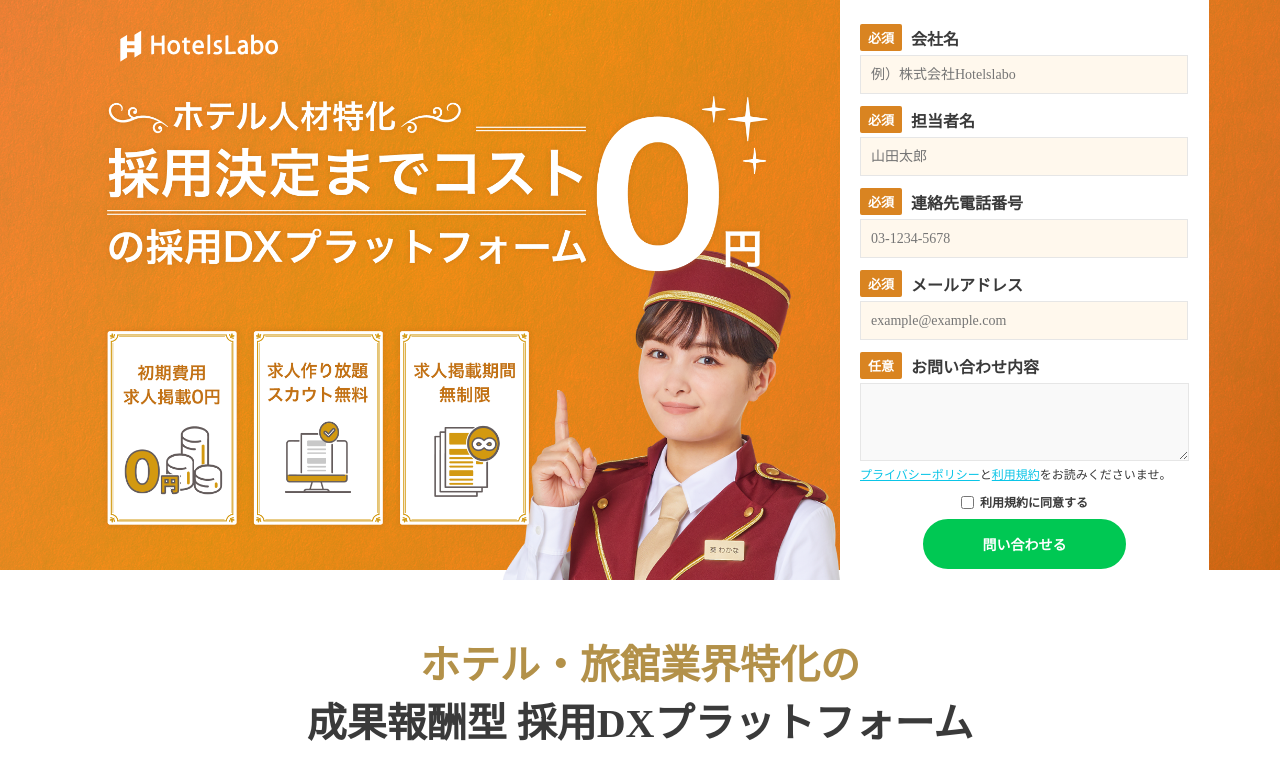
Repository: FujieRyou/to_b_lp
Page: index.html
These files come from the project's save history. The page is drawn as it stood at one moment and after the next save; the edit follows.
The browser window is 1280 px wide. The pictures show the part of the page from y = 0 to 784 px (the page is 8519 px tall before and 8532 px after).
Pictures or frames that could not be fetched are drawn as grey boxes. A picture or video elsewhere on the page could not be fetched, so the positions and the page height are approximate.

Above is the page before, as saved 2024-03-09 02:12:49.
Not found: index.js

### index.html
<!DOCTYPE html>
<html lang="ja">
    <head>
        <meta charset="utf-8">
        <meta http-equiv="X-UA-Compatible" content="ie=edge">
        <meta name="viewport" content="width=device-width,initial-scale=1.0,minimum-scale=1.0">
        <meta name="format-detection" content="telephone=no">
        <meta name="keywords" content="">
        <meta name="description" content="ここに説明文を設定">
        <meta name="twitter:card" content="summary">
        <meta name="twitter:site" content="@twitteraccount">
        <meta property="og:site_name" content="サイト名">
        <meta property="og:title" content="サイトタイトル">
        <meta property="og:description" content="サイト説明文">
        <meta property="og:url" content="https://www.hogehoge.com">
        <meta property="og:image" content="https://www.hogehoge.com./hoge.jpg">
        <meta property="og:image:type" content="image/jpeg">
        <meta property="og:image:width" content="600">
        <meta property="og:image:height" content="400">
        <meta property="og:type" content="website">
        <title>ホテルズラボ｜ホテルの求人・旅館の転職情報</title>
        <link rel="stylesheet" href="ress.css">
        <link rel="stylesheet" href="style.css">
    </head>
    <body>
        <main>
            <section>
                <div class="firstViewWrap">
                    <div class="firstViewEffect">
                        <div class="contentWrap">
                            <div>
                                <header>
                                    <h1>
                                        <img src="img/ロゴ.svg" alt="ホテルズラボのロゴ" class="logo">
                                    </h1>
                                </header>
                                <img src="img/firstViewの葵さんとその他売り文句.png" alt="firstViewの葵さんとその他売り文句" class="firstViewMainImg">
                            </div>
                            <!-- form -->
                            <div>
                                <form action="" class="formWrap">
                                    <div class="formFlexStyle">
                                        <label for="companyName"><span>必須</span>会社名</label>
                                        <input type="text" placeholder="例）株式会社Hotelslabo">
                                    </div>
                                    <div class="formFlexStyle">
                                        <label for="companyName"><span>必須</span>担当者名</label>
                                        <input type="text" placeholder="山田太郎">
                                    </div>
                                    <div class="formFlexStyle">
                                        <label for="companyName"><span>必須</span>連絡先電話番号</label>
                                        <input type="text" placeholder="03-1234-5678">
                                    </div>
                                    <div class="formFlexStyle">
                                        <label for="companyName"><span>必須</span>メールアドレス</label>
                                        <input type="text" placeholder="example@example.com">
                                    </div>
                                    <div class="formFlexStyle">
                                        <label for="companyName"><span>任意</span>お問い合わせ内容</label>
                                        <textarea name="" id="" cols="30" rows="10"></textarea>
                                    </div>
                                    <p><a href="#">プライバシーポリシー</a>と<a href="#">利用規約</a>をお読みくださいませ。</p>
                                    <div class="consent">
                                        <input type="checkbox">
                                        <label for="">利用規約に同意する</label>
                                    </div>
                                    <button type="submit">問い合わせる</button>
                                </form>
                            </div>
                        </div>
                    </div>
                </div>
            </section>
            <!-- 動く会社のロゴ -->
            <section>
                <div>
                    <ul>
                        <li></li>
                    </ul>
                </div>
            </section>
            <section>
                <div class="specializedIntroductionWrap">
                    <h2><span>ホテル・旅館業界特化の</span><br>成果報酬型 採用DXプラットフォーム</h2>
                    <div class="featuresWrap">
                        <div class="featuresFlexWrap">
                            <img src="img/求人掲載.png" alt="求人掲載画像">
                            <img src="img/ダイレクトリクルーティング.png" alt="ダイレクトリクルーティング画像">
                            <img src="img/エージェントサポート.png" alt="エージェントサポート画像">
                        </div>
                    </div>
                </div>
            </section>
            <section>
                <div class="hotelsLabo4ReasonsWrap">
                    <h2><img src="img/ホテルズラボが選ばれる4つの理由.png" alt="ホテルズラボが選ばれる4つの理由"></h2>
                    <article>
                        <div class="reasonWrap">
                            <figure>
                                <img src="img/performanceReward.jpg" alt="成果報酬型グラフ">
                            </figure>
                            <div class="performanceRewardExplanationWrap">
                                <img src="img/reason1.png" alt="理由01/04">
                                <h3>成果報酬型で<br>かけ捨てリスクゼロな<br>採用</h3>
                                <p>採用までは0円なので、面接でじっくり自社に合う人材か見定められます。求人広告には手を出しにくかった企業様も気軽に採用活動を始められます。</p>
                            </div>
                        </div>
                    </article>
                    <article>
                        <div class="reasonWrap">
                            <figure>
                                <img src="img/JobCreation.png" alt="">
                            </figure>
                            <div class="performanceRewardExplanationWrap">
                                <img src="img/reason2.png" alt="理由02/04">
                                <h3>ホテル求人作り放題・<br>掲載期限も無制限</h3>
                                <p>好きなだけ求人を作成して、欲しいホテル人材へアピールできます。さらに、求人を作成する過程で会社・ブランド特設ページが出来上がり、会社・ブランド単位でのアピールも可能です。</p>
                            </div>
                        </div>
                    </article>
                    <article>
                        <div class="reasonWrap">
                            <figure>
                                <img src="img/scout.png" alt="">
                            </figure>
                            <div class="performanceRewardExplanationWrap">
                                <img src="img/reason3.png" alt="理由03/04">
                                <h3>スカウト無料！<br>ホテル人材に<br>アプローチができる</h3>
                                <p>採用したい人材の職種、働いていたホテル・施設を指定し無料でスカウトが送れます。採用したいホテル人材へダイレクトにアプローチすることができます。</p>
                                <img src="img/approachSmall.png" alt="スカウトアプローチの小さい方" class="approachSmall">
                            </div>
                        </div>
                    </article>
                    <article>
                        <div class="reasonWrap reason04">
                            <figure>
                                <img src="img/agentFemale.jpg" alt="">
                            </figure>
                            <div class="performanceRewardExplanationWrap">
                                <img src="img/reason4.png" alt="理由04/04">
                                <h3>エージェントサポートでマッチしたホテル人材をご紹介</h3>
                                <p>企業様が求人を作成し、採用活動をするのとは別に、弊社キャリアアドバイザーが募集要件にマッチした人材をご推薦することも可能です。エージェントサポートでは、面接の日程調整や条件交渉、入社までのサポートを行います。</p>
                            </div>
                        </div>
                    </article>
                    <button type="button"><a href="#">話を聞いてみる</a></button>
                </div>
            </section>
            <section>
                <div class="managementScreenWrap">
                    <h2><img src="img/managementScreenText.png" alt="とにかく使いやすい管理画面"></h2>
                    <p>直感的に操作できる仕様で、採用媒体や求人作成に慣れていない方でも<br>手間取ることなくご利用いただけます。</p>
                    <div class="managementScreenDetailWrap">
                        <div class="managementImgWrap">
                            <img src="img/management1.png" alt="管理画面画像">
                            <img src="img/management2.png" alt="求人作成画面画像">
                            <img src="img/management3.png" alt="スカウト一覧画像">
                            <img src="img/management4.png" alt="スカウト送信画面画像">
                        </div>
                        <img src="img/verticalBorder.png" alt="使いやすい管理画面の縦線">
                        <div class="managementTextWrap">
                            <div class="managementTextTopic">
                                <h3>管理画面</h3>
                                <h4>応募状況がひと目でわかる</h4>
                                <p>選考ステータスがひと目でわかるため応募者の管理を迷わず行えます。直近3社まで職歴が確認できるため、管理画面上で簡単な書類選考も可能です。</p>
                            </div>
                            <div class="managementTextTopic">
                                <h3>求人作成画面</h3>
                                <h4>サクサク求人作成できる</h4>
                                <p>ストレスなく求人を作れるように、1ステップごと何を入力すれば良いかわかりやすく表示。さらに、記入した内容が求職者にどのように表示されるかわかるよう、右側にリアルタイムプレビュー機能を導入しています。</p>
                            </div>
                            <div class="managementTextTopic">
                                <h3>スカウト一覧</h3>
                                <h4>欲しい人材がサクッと見つかる</h4>
                                <p>ユーザーの経験職種・ホテル/施設や年齢、エリアなどがひと目でわかるため、欲しい人材を簡単に見つけることができます。</p>
                                <img src="img/scoutTextImg.png" alt="スカウト一覧の挿入画像">
                            </div>
                            <div class="managementTextTopic">
                                <h3>スカウト送信画面</h3>
                                <h4>手間なくパッと送信できる</h4>
                                <p>タイトル・スカウトする理由を入力するだけで、スカウトが簡単に送れます。求人を添付し、受け取り側の期待度を上げることも。</p>
                            </div>
                        </div>
                    </div>
                    <button type="button"><a href="#">お問い合わせはこちら</a></button>
                </div>
            </section>
            <section>
                <div class="introductionFlowWrap">
                    <h2>導入の流れ</h2>
                    <img src="img/stepLine.png" alt="導入の流れstep">
                    <div class="introductionFlowFlexWrap">
                        <div class="introductionStepWrap">
                            <img src="img/introductionStep1.png" alt="">
                            <h3>お問い合せ</h3>
                            <p>貴社の現状に合わせたプランをご案内いたします。まずはお気軽にお問い合わせください。</p>
                        </div>
                        <div class="introductionStepWrap">
                            <img src="img/introductionStep2.png" alt="">
                            <h3>求人作成</h3>
                            <p>管理画面より求人の作成を行なって頂きます。作成経験がない方でもスムーズに作成いただけます。</p>
                        </div>
                        <div class="introductionStepWrap">
                            <img src="img/introductionStep3.png" alt="">
                            <h3>運用開始/サポート</h3>
                            <p>プロ目線で求人内容のアドバイス等、採用のサポートを致します。自社運用型が初めての企業様も、安心して採用活動を進めて頂けます。</p>
                        </div>
                    </div>
                </div>
            </section>
            <section>
                <div class="questionWrap">
                    <h2>よくある質問</h2>
                    <div class="questionDetailWrap">
                        <div class="question">
                            <div>
                                <img src="img/Q.svg" alt="クエスチョンマーク">
                                <p>採用時の料金はどのくらいですか？</p>
                            </div>
                            <div>
                                <img src="img/A.svg" alt="アンサーマーク">
                                <p>企業様に合わせて最適なプランをご用意しております。まずはお問い合わせください。</p>
                            </div>
                        </div>
                        <div class="question">
                            <div>
                                <img src="img/Q.svg" alt="クエスチョンマーク">
                                <p>スカウトは何通まで送れますか？</p>
                            </div>
                            <div>
                                <img src="img/A.svg" alt="アンサーマーク">
                                <p>スカウトも、企業様に合わせたプランをご用意しております！お問い合わせください。</p>
                            </div>
                        </div>
                        <div class="question">
                            <div>
                                <img src="img/Q.svg" alt="クエスチョンマーク">
                                <p>急ぎで採用したいです。</p>
                            </div>
                            <div>
                                <img src="img/A.svg" alt="アンサーマーク">
                                <p>自社運用媒体のため、アカウント発行後すぐに求人掲載が可能です。<br>また、エージェントサポートを併用することで、スムーズな採用も見込めます。</p>
                            </div>
                        </div>
                    </div>
                </div>
            </section>
            <section>
                <div class="contactBtnWrap">
                    <h2>まずは気軽にお問い合わせください</h2>
                    <button type="button"><a href="#">お問い合わせはこちら</a></button>
                </div>
            </section>
        </main>
        <footer>
            <div class="footerWrap">
                <h2>お電話でのお問い合わせはこちら</h2>
                <div class="phoneBtn">
                    <a href="#">
                        <div class="phoneFlexWrap">
                            <img src="img/phoneIcon.svg" alt="電話アイコン">
                            <p>0120-313-704</p>
                        </div>
                        <p>受付時間 9:30〜19:00 (月〜土)</p>
                    </a>
                </div>
                <p>資料請求以外のお問い合わせは、renraku@coulega.co.jp</p>
                <div class="companyWrap">
                    <p>厚生労働大臣許可番号有料職業紹介事業許可番号13-ユ-308506</p>
                    <p>COPYRIGHT &copy; 2024 hotels labo agent by cuolega ALL RIGHTS RESERVED.</p>
                    <div class="companyInfo">
                        <p><a href="#">運営会社</a></p>
                        <p><a href="#">プライバシーポリシー</a></p>
                        <p><a href="#">利用規約</a></p>
                    </div>
                </div>
            </div>
        </footer>
        <script src="index.js"></script>
    </body>
</html>

### style.css
body{
    overflow-x: hidden;
    font-family: Hiragino Sans;
    color: rgba(58, 58, 58, 1);
}
h2{
    font-weight: 600;
}

.firstViewWrap{
    width: 100vw;
    height: 580px;
    background-image: url("./img/bgcMain.png");
}

.firstViewEffect{
    width: 100%;
    height: 100%;
    background-image: url("./img/bgcBler.png");
    overflow: hidden;
}

.contentWrap{
    max-width: 1080px;
    height: auto;
    margin: 0 auto;
    display: flex;
}

header{
    padding: 30px 0px 0px 20px;
}

.firstViewMainImg{
    width: 740px;
    margin-top: 20px;
}

/* formstyle */

form{
    width: 369px;
    padding: 24px 20px;
    background-color: rgba(255, 255, 255, 1);
}

.formFlexStyle{
    display: flex;
    flex-direction: column;
}

.formDetail{
    margin: 0 auto;
}

.formFlexStyle > label{
    font-size: 16px;
    font-weight: bold;
    margin-bottom: 4px;
    display: flex;
    align-items: center;
}

.formFlexStyle > label > span{
    background-color: rgba(217, 132, 33, 1);
    color: #fff;
    font-size: 13px;
    border-radius: 2px;
    margin-right: 9px;
    padding: 4px 8px;
}

.formFlexStyle > input{
    width: 328px;
    height: 39px;
    border: solid 1.03px rgba(230, 230, 230, 1);
    background-color: rgba(255, 248, 237, 1);
    margin-bottom: 12px;
    padding-left: 10px;
    font-size: 14px;
}

.formFlexStyle > textarea{
    width: 328.65px;
    height: 78.05px;
    border: solid 1.03px rgba(230, 230, 230, 1);
    background-color: rgba(249, 249, 249, 1);
}

.formWrap > p{
    font-size: 12px;
    margin-top: 4px;
    margin-bottom: 10px;
}

.formWrap > p > a{
    color: #0BC5E7;
}

.consent{
    display: flex;
    align-items: center;
    justify-content: center;
    margin-top: 1px;
}

.consent > label{
    font-size: 12px;
    font-weight: bold;
    margin-left: 6px;
}

.formWrap > button{
    display: block;
    width: 203.35px;
    height: 50px;
    background-color: rgba(0, 200, 83, 1);
    border: solid 2px rgba(0, 200, 83, 1);
    color: #fff;
    border-radius: 30px;
    margin: 0 auto;
    font-size: 14px;
    margin-top: 8px;
    font-weight: bold;
}

.specializedIntroductionWrap{
    margin-top: 35px;
}

.specializedIntroductionWrap > h2{
    text-align: center;
    font-size: 40px;
}

.specializedIntroductionWrap > h2 > span{
    color: rgba(179, 145, 73, 1);
}

.featuresWrap{
    width: 100%;
    height: 240px;
    background-color: rgba(245, 240, 232, 1);
}

.featuresFlexWrap{
    display: flex;
    align-items: center;
    justify-content: center;
    gap: 50px;
    width: 100%;
    margin-top: 80px;
}

.featuresFlexWrap > img{
    width: 270px;
    height: 340px;
    margin-top: -45px;
}

.hotelsLabo4ReasonsWrap{
    background-color: rgba(248, 248, 248, 1);
    padding-top: 120px;
    padding-bottom: 90px;
}

.hotelsLabo4ReasonsWrap > button{
    display: block;
    width: 460px;
    height: 62px;
    background-color: rgba(0, 200, 83, 1);
    border-radius: 30px;
    margin: 0 auto;
    font-size: 20px;
    font-weight: bold;
}

.hotelsLabo4ReasonsWrap > button > a{
    display: flex;
    align-items: center;
    justify-content: center;
    width: 100%;
    height: 100%;
    color: rgba(255, 255, 255, 1);
    text-decoration: none;
}

.hotelsLabo4ReasonsWrap h2{
    width: 437px;
    margin: 0 auto;
    margin-bottom: 65px;
}

.hotelsLabo4ReasonsWrap > h2 > img{
    width: 100%;
}

.reasonWrap{
    width: 100%;
    display: flex;
    margin-bottom: 80px;
}

.reason04{
    margin-bottom: 30px;
}

.reasonWrap figure{
    width: 55%;
}

.reasonWrap figure img{
    width: 100%;
}

.performanceRewardExplanationWrap{
    width: 40%;
    margin: 0 0 0 auto;
    padding: 28px 20px 0 0px;
}

.performanceRewardExplanationWrap img{
    width: 100%;
}

.performanceRewardExplanationWrap h3{
    max-width: 400px;
    margin: 14px 0px 18px 0px;
    font-size: 38px;
    font-weight: bold;
    line-height: 130%;
    color: rgba(58, 58, 58, 1);
}

.performanceRewardExplanationWrap p{
    max-width: 400px;
    line-height: 180%;
}

.approachSmall{
    margin-top: 66px;
}

.managementScreenWrap{
    background-color: rgba(247, 243, 235, 1);
    padding: 90px 0px 90px 0px;
}

.managementScreenWrap h2{
    width: 574px;
    margin: 0 auto;
}

.managementScreenWrap h2 img{
    width: 100%;
}

.managementScreenWrap > p{
    font-size: 18px;
    line-height: 180%;
    text-align: center;
    margin-top: 16px;
}

.managementScreenDetailWrap{
    display: flex;
    justify-content: center;
    width: 1020px;
    margin: 0 auto;
    padding-top: 40px;
}

.managementScreenDetailWrap > img{
    height: 1465px;
    margin: 30px 24px 0px 48px;
}

.managementImgWrap{
    width: 550px;
}

.managementImgWrap > img{
    width: 100%;
    margin-bottom: 20px;
}

.managementTextWrap{
    margin-top: 10px;
}

.managementTextTopic{
    width: 364px;
    margin-bottom: 165px;
}

.managementTextTopic > h3{
    font-size: 40px;
    color: rgba(58, 58, 58, 1);
}

.managementTextTopic > h4{
    font-size: 26px;
    color: rgba(159, 128, 63, 1);
    margin-top: 10px;
}

.managementTextTopic > p{
    margin-top: 4px;
    line-height: 28.8px;
}

.managementTextTopic > img{
    width: 100%;
    margin-top: 16px;
    box-shadow: 0px 2px 10px 0px rgba(0, 0, 0, 0.30);
}

.managementTextTopic:nth-child(2){
    margin-bottom: 130px;
}

.managementTextTopic:nth-child(3){
    margin-bottom: 65px;
}

.managementScreenWrap > button{
    display: block;
    width: 460px;
    height: 62px;
    background-color: rgba(0, 200, 83, 1);
    border-radius: 30px;
    margin: 0 auto;
    font-size: 20px;
    font-weight: bold;
}

.managementScreenWrap > button > a{
    display: flex;
    align-items: center;
    justify-content: center;
    width: 100%;
    height: 100%;
    color: rgba(255, 255, 255, 1);
    text-decoration: none;
}

.introductionFlowWrap{
    background-color: rgba(248, 248, 248, 1);
    padding: 70px 0px;
}

.introductionFlowWrap > h2{
    font-size: 40px;
    text-align: center;
    color: rgba(80, 78, 75, 1);
    margin-bottom: 56px;
}

.introductionFlowWrap > img{
    width: 791px;
    display: block;
    margin: 0 auto;
}

.introductionFlowFlexWrap{
    width: 980px;
    display: flex;
    gap: 40px;
    margin: 0 auto;
    margin-top: 36px;
}

.introductionStepWrap{
    width: 300px;
}

.introductionStepWrap > img{
    width: 300px;
}

.introductionStepWrap > h3{
    font-size: 24px;
    color: #B39149;
    text-align: center;
}

.introductionStepWrap > p{
    font-size: 16px;
    line-height: 28.8px;
    text-align: center;
    margin-top: 16px;
}

.questionWrap{
    background-color: rgba(255, 250, 242, 1);
    padding: 90px 0px;
}

.questionWrap > h2{
    font-size: 40px;
    text-align: center;
    margin-bottom: 30px;
}

.questionDetailWrap{
    width: 1024px;
    background-color: rgba(255, 255, 255, 1);
    border-radius: 10px;
    margin: 0 auto;
    padding: 56px 133px;
}

.question{
    border-bottom: dotted 2px rgba(199, 173, 111, 1);
    margin-bottom: 23px;
}

.question > div{
    display: flex;
    align-items: center;
    margin-bottom: 20px;
}

.question:nth-child(1){
    margin-top: 20px;
}

.question > div > img{
    margin-right: 8px;
}

.question:nth-child(3){
    border: none;
}

.question:nth-child(3) > div:nth-child(2) > p{
    line-height: 30px;
}

.contactBtnWrap{
    background-color: rgba(248, 248, 248, 1);
    padding: 56px 0px;
}

.contactBtnWrap > h2{
    font-size: 36px;
    color: rgba(80, 78, 75, 1);
    text-align: center;
}

.contactBtnWrap > button{
    display: block;
    width: 420px;
    height: 60px;
    background-color: rgba(0, 200, 83, 1);
    border: solid 2px rgba(0, 200, 83, 1);
    color: #fff;
    border-radius: 10px;
    margin: 0 auto;
    font-size: 22px;
    margin-top: 16px;
    font-weight: bold;
}

.contactBtnWrap > button > a{
    display: flex;
    align-items: center;
    justify-content: center;
    width: 100%;
    height: 100%;
    color: rgba(255, 255, 255, 1);
    text-decoration: none;
}

.footerWrap{
    background: linear-gradient(282.64deg, #D87400 -1.25%, #F49425 8.28%, #FFA51D 17.42%, #FFB913 80.49%, #FFA63E 97.98%);
    padding-top: 56px;
}

.footerWrap > h2{
    color: rgba(255, 255, 255, 1);
    text-align: center;
    font-size: 36px;
    font-weight: 600;
    margin-bottom: 18px;
}

.phoneBtn{
    width: 779px;
    background-color: rgba(255, 255, 255, 1);
    border-radius: 8px;
    margin: 0 auto;
}

.phoneBtn > a{
    width: 100%;
    height: 100%;
    display: block;
    text-decoration: none;
    color: rgba(179, 145, 73, 1);
    text-align: center;
    padding: 19px 0px 13px 0px;
}

.phoneBtn > a > p{
    font-size: 22px;
    font-weight: 500;
}

.phoneFlexWrap{
    display: flex;
    justify-content: center;
}

.phoneFlexWrap > p{
    font-size: 51px;
    font-weight: bold;
    margin-left: 11px;
}

.footerWrap > p{
    text-align: center;
    font-weight: 500;
    font-size: 20px;
    margin-top: 14px;
    color: rgba(255, 255, 255, 1);
}

.companyWrap{
    margin-top: 76px;
}

.companyWrap > p{
    font-size: 10px;
    font-weight: 400;
    color: rgba(255, 255, 255, 1);
    text-align: center;
    margin-top: 2px;
}

.companyInfo{
    display: flex;
    justify-content: center;
    padding: 10px 0px 30px 0px;
}

.companyInfo > p{
    padding: 0px 19px;
    border-left: solid 1px rgba(255, 255, 255, 1);
    font-size: 10px;
    font-weight: 700;
}

.companyInfo > p:first-child{
    border: none;
}

.companyInfo > p > a{
    text-decoration: none;
    color: rgba(255, 255, 255, 1);
}

Loaded but not shown: ress.css (282 lines, source omitted)

After the next save:
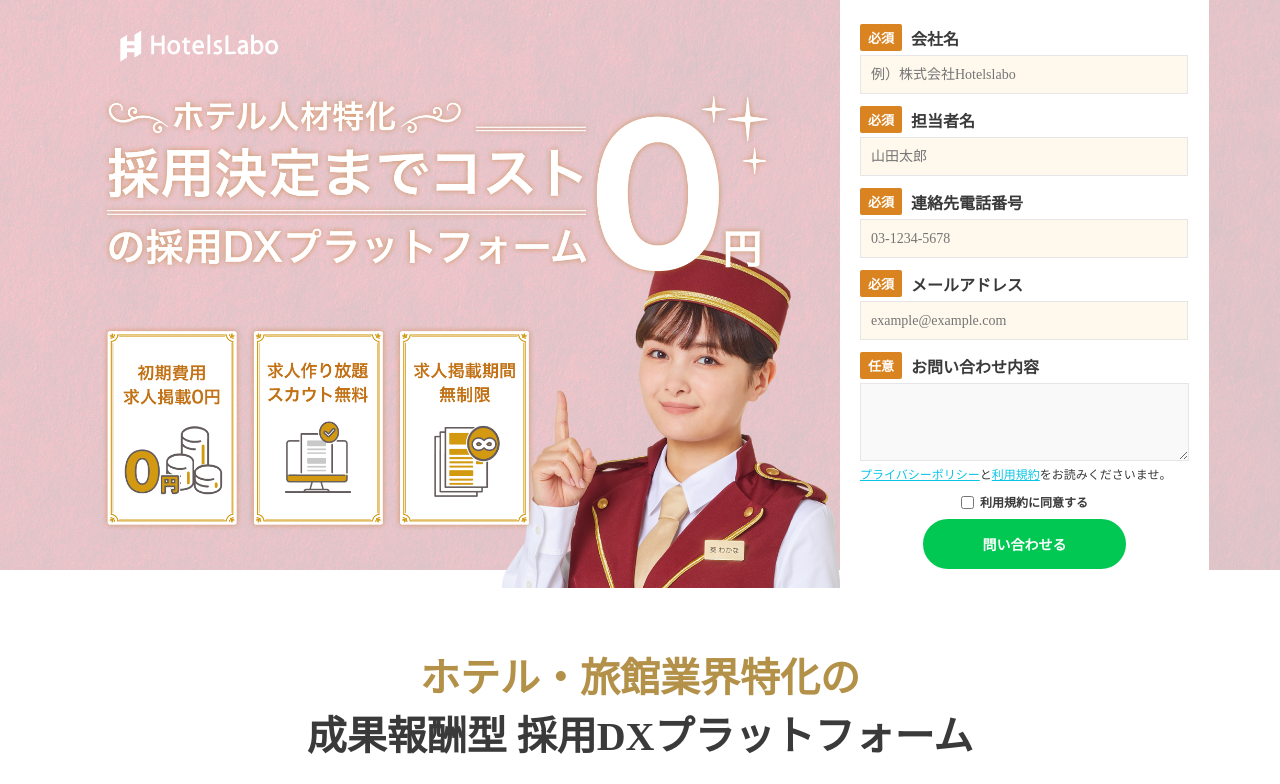
Saved 27 s later.
--- a/style.css
+++ b/style.css
@@ -9,8 +9,6 @@
 
 .firstViewWrap{
     width: 100vw;
-    height: 580px;
-    background-image: url("./img/bgcMain.png");
 }
 
 .firstViewEffect{
